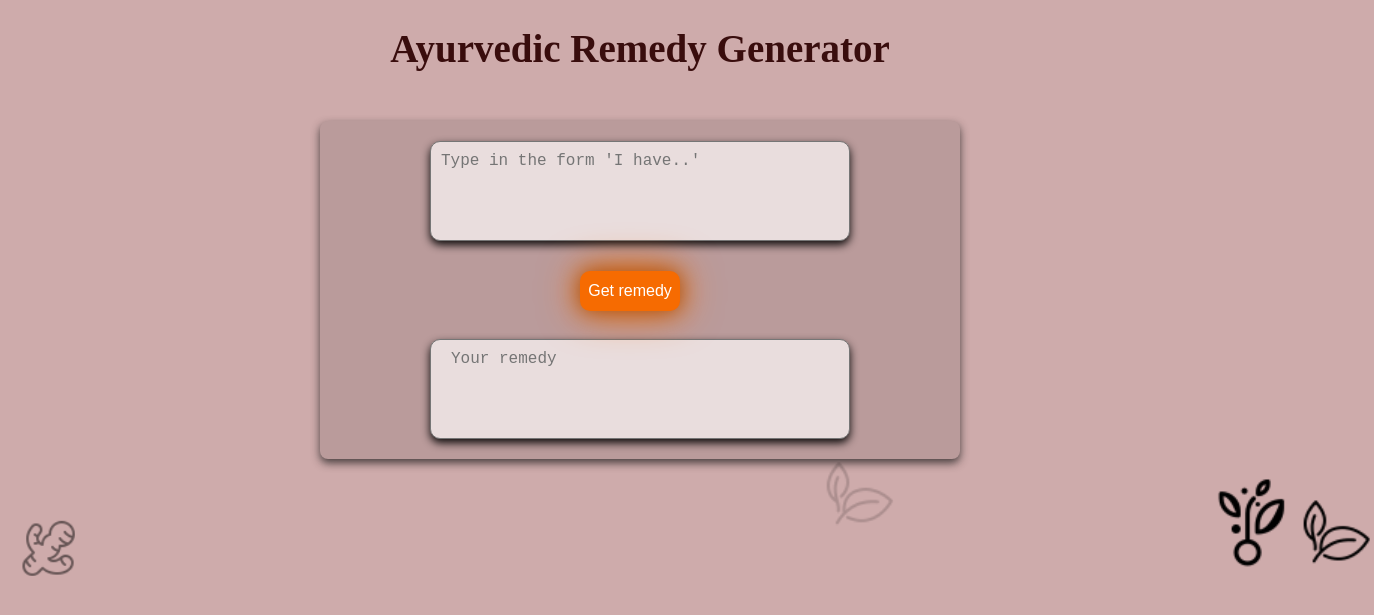
Repository: krutarthh/Ayurvedic-Remedy
Page: index.html
These files come from the project's save history. The page is drawn as it stood at one moment and after the next save; the edit follows.
The browser window is 1280 px wide. The page is 1374 px wide, so the pictures cover 1374 px, including what lies to the right of the window. The pictures show the whole page.

Above is the page before, as saved 2024-04-10 15:08:35.

After the next save:
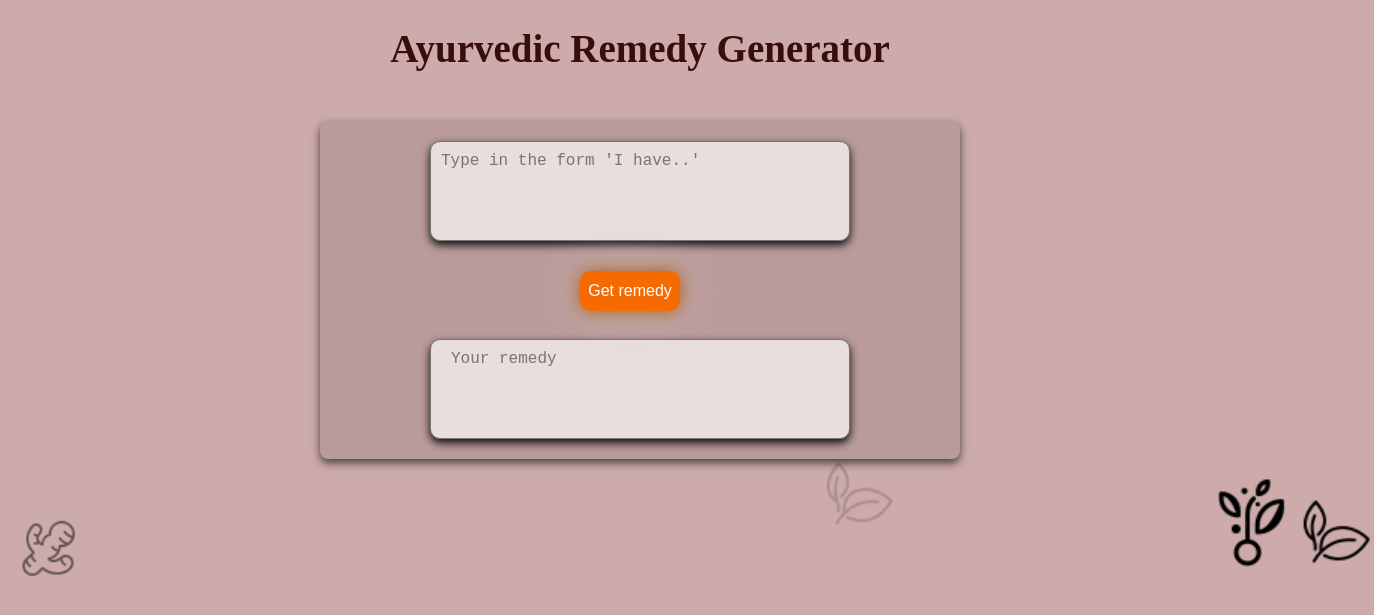
Saved 11 s later.
--- a/app.css
+++ b/app.css
@@ -132,7 +132,7 @@ background-color: #e9dddd;
       box-shadow: 0 0 5px #060606;
     }
     50% {
-      box-shadow: 0 0 20px #ac520e, 0 0 40px #f66b01;
+      box-shadow: 0 0 20px #ac520e, 0 0 40px #cdc9c6;
     }
     100% {
       box-shadow: 0 0 5px #ccc9c7;
